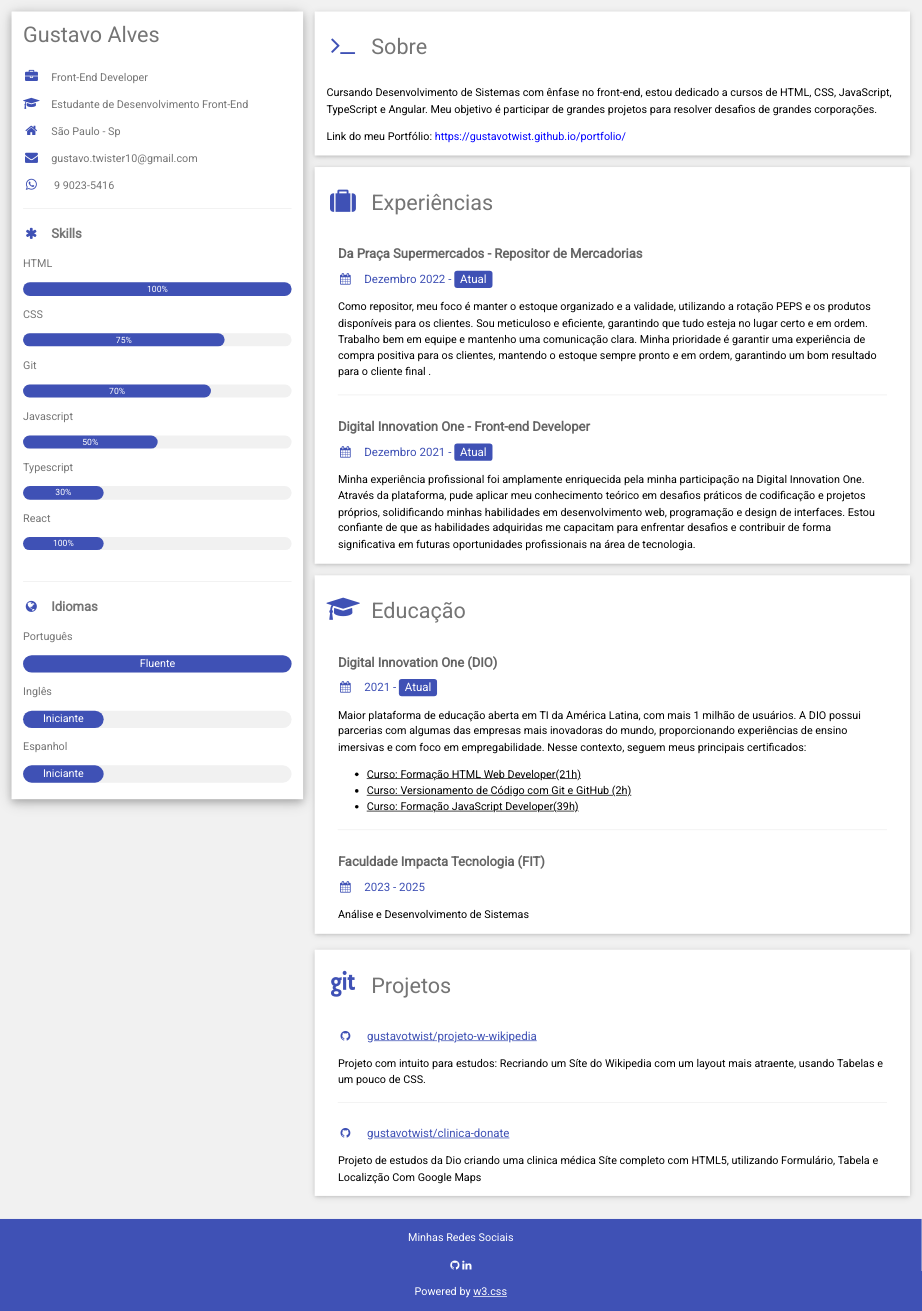
Repository: gustavotwist/cv
Page: index.html
An editor plug-in stored every save of this project. The page is shown before and after the next save, followed by the edit.
The browser window is 1280 px wide. The pictures show the whole page, at 72% of full size.

Above is the page before, as saved 2024-08-17 19:33:18.

After the next save:
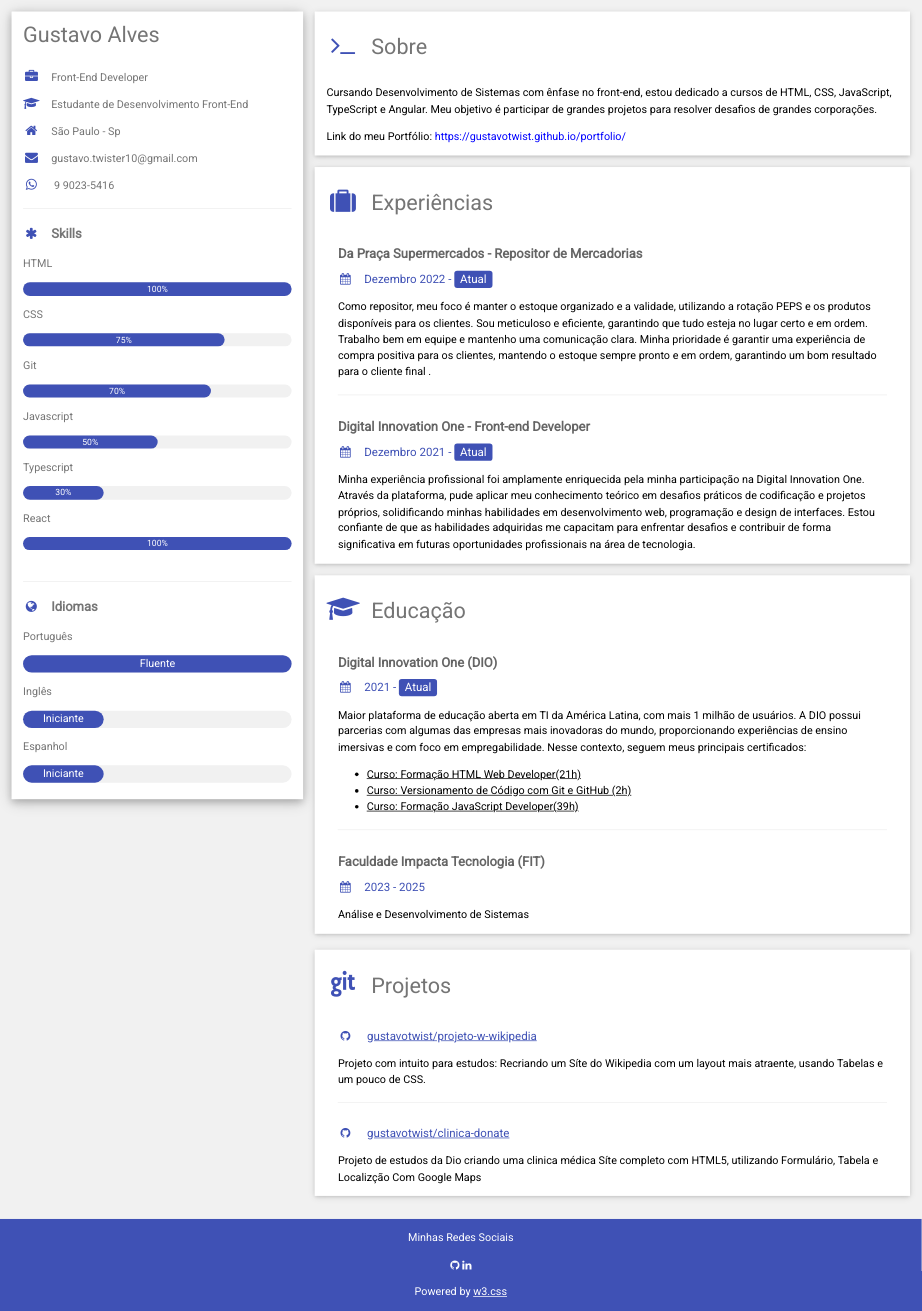
Saved 4 s later.
--- a/index.html
+++ b/index.html
@@ -68,7 +68,7 @@
               </div>
               <p>React</p>
               <div class="w3-light-grey w3-round-xlarge w3-small">
-                <div class="w3-container w3-center w3-round-xlarge w3-indigo" style="width:30%">100%</div>
+                <div class="w3-container w3-center w3-round-xlarge w3-indigo" style="width:100%">100%</div>
               </div>
               <br>
               <hr>
